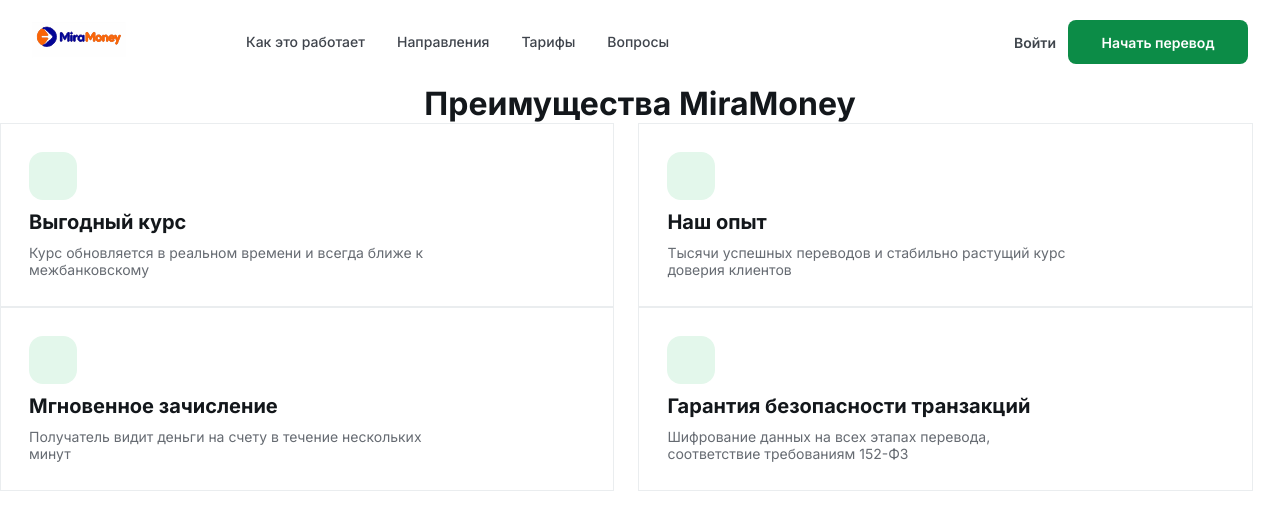
Repository: Shaiyr1/mira-money
Page: index.html
These files come from the project's save history. The page is drawn as it stood at one moment and after the next save; the edit follows.
The browser window is 1280 px wide. The pictures show the whole page.

Above is the page before, as saved 2026-10-20 16:33:56.

After the next save:
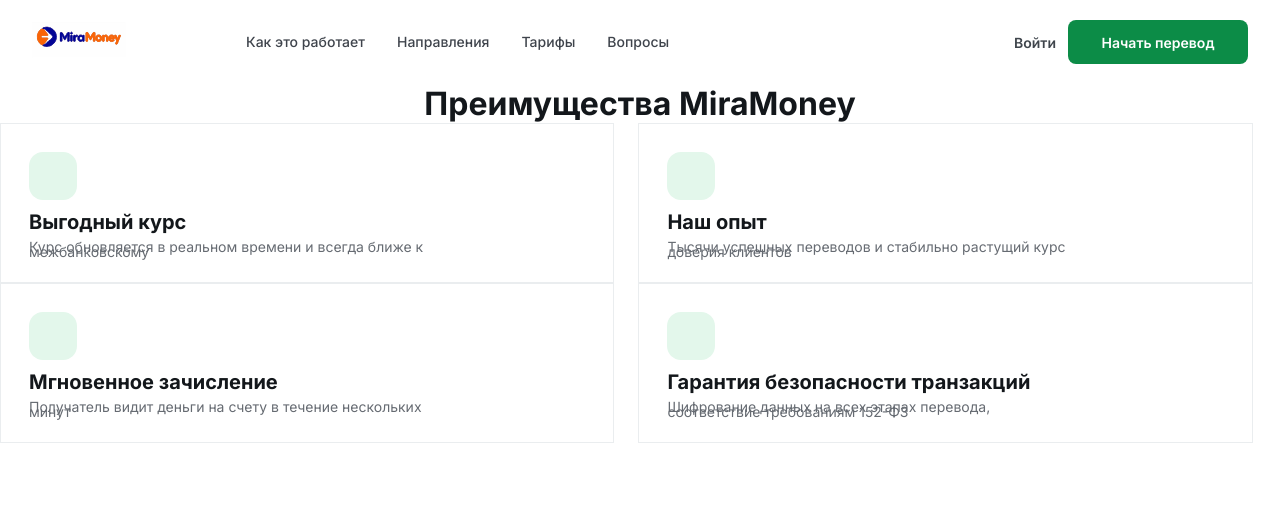
Saved 17 s later.
--- a/src/css/style.css
+++ b/src/css/style.css
@@ -139,5 +139,5 @@
     text-align: left;
     font-size: 14px;
     font-family: Inter;
-    line-height: auto;
+    line-height: 5px;
 }
